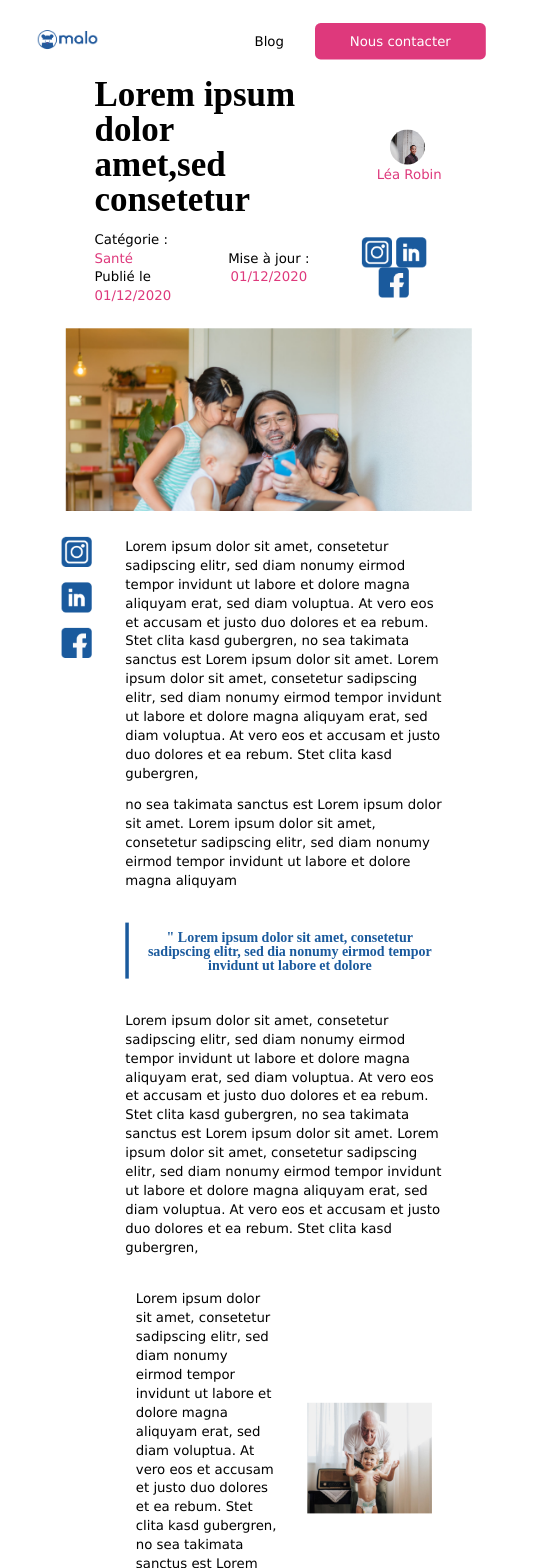
Repository: carbone-dev/keli-malo
Page: article.html
An editor plug-in stored every save of this project. The page is shown before and after the next save, followed by the edit.
The browser window is 768 px wide. The pictures show the part of the page from y = 0 to 2240 px (the page is 5194 px tall before and 5054 px after), at 70% of full size.

Above is the page before, as saved 2020-12-11 11:56:46.

### article.html
<!DOCTYPE html>
<html lang="en">

<head>
    <meta charset="UTF-8">
    <meta name="viewport" content="width=device-width, initial-scale=1.0">
    <title>Article</title>
    <link rel="stylesheet" type="text/css" href="css/style.css">
    <link rel="stylesheet" type="text/css" href="css/header.css">
    <link rel="stylesheet" type="text/css" href="css/grid.css">
    <link rel="stylesheet" type="text/css" href="css/article.css">
    <link rel="preconnect" href="https://fonts.gstatic.com">
    <link href="https://fonts.googleapis.com/css2?family=Poppins:wght@200;300;400;900&display=swap" rel="stylesheet">
</head>

<body>
    <div class="container">

        <div class="header row align-items-center">
            <div class="col-6 col-md-2 ">
                <img class='img-full-width ' src="img/logo.png">
            </div>
            <div class="menu col-6 col-md-10 right d-none d-md-block ">
                <a href="#">Blog</a>
                <a href="#" class="boutton-1">Nous contacter</a>
            </div>
            <div class="menu col-6 col-md-10 right d-md-none d-sm-block">
                <a href="#nav-mobile">
                    <img src="img/burger.png" alt="">
                </a>
            </div>

            <div id="nav-mobile" class="modaloverlay">
                <div class="modal">
                    <div class="row">
                        <div class="col-6">
                            <img class='img-full-width ' src="img/logo.png">
                        </div>
                        <div class="menu col-6 right">
                            <a href="#close" class="close">
                                <img src="img/close.png" alt="">
                            </a>
                        </div>
                    </div>
                    <div class="row align-items-center center modal-content">
                        <div class="col-12">
                            <a href="#">Blog</a>
                        </div>
                        <div class="col-12">
                            <a href="#" class="boutton-1">Nous contacter</a>
                        </div>
                        <div class="col-12">
                            <a href="#"><img src="img/instagram.png"></a>
                            <a href="#"><img src="img/linkedin.png"></a>
                            <a href="#"><img src="img/facebook.png"></a>
                        </div>
                    </div>
                </div>
            </div>
        </div>


        <div class="contenu-article">

            <div class="container center mt-5">

                <div class="header-article center mt-10 d-none d-md-inline">
                    <div class=" row titre-article left mr-10 ml-10">
                        <h2 class="left col-md-9">Lorem ipsum dolor <br>amet,sed consetetur</h2>
                        <div class="row col-md-3 left mt-5">
                            <div class="avatar">
                                <img src="img/avatar.jpg">
                            </div>
                            <p class="primary ml-5">Léa Robin</p>
                        </div>
                    </div>
                    <br>


                    <div class="row center mr-10 ml-10">
                        <div class="col-md-4 center">
                            <div class="row">
                                 <p class="">Catégorie :</p>  <p class="primary">Santé</p>
                             </div>
                            <div class="row ">
                                <p class="">Publié le</p>  <p class="primary">01/12/2020</p>
                            </div>
                        </div>

                        <div class="row col-md-4 center">
                            <p class="">Mise à jour :</p>  <p class="primary"> 01/12/2020</p>
                        </div>
                        <div class="row col-md-4 center">
                            <img src="img/instagram.png" class="ml-4">
                            <img src="img/linkedin.png" class="ml-4">
                            <img src="img/facebook.png" class="ml-4">
                        </div>
                    </div>
                </div>
                <h2 class="center d-inline d-md-none">Lorem ipsum dolor <br>amet,sed consetetur</h2>
                <div class="header-article-phone d-md-none mt-5">

                    <div class="left-header left col-7">
                            <p class="">Catégorie :<span class="primary">Santé</span></p>
                            <p class="">Publié le  <span class="primary">01/12/2020</span></p>
                            <p class="">Mise à jour :<span class="primary"> 01/12/2020</span></p>
                    </div>
                    <div class="col-5 pb-10">
                        <div class="avatar d-inline-block ">
                                <img src="img/avatar.jpg" alt="">
                        </div>
                        <div class="author d-inline-block">
                             <p class="primary">Léa Robin</p>
                         </div>
                    </div>
                </div>
                <div class="row center d-inline d-md-none mt-10">
                            <img src="img/instagram.png" class="ml-4">
                            <img src="img/linkedin.png" class="ml-4">
                            <img src="img/facebook.png" class="ml-4">
                </div>





                <div class="center mt-5">
                    <img src="img/image-article.png" class="shadow" width="88%">
                </div>
                <div class="mt-5 row">
                    <div class="left-icon col-md-2 center d-none d-md-inline">
                        <img src="img/instagram.png"><br><br>
                        <img src="img/linkedin.png"><br><br>
                        <img src="img/facebook.png">
                    </div>
                    <div class="text-article col-md-9 left">
                        <p>
                            Lorem ipsum dolor sit amet, consetetur sadipscing elitr, sed diam
                            nonumy eirmod tempor invidunt ut labore et dolore magna aliquyam
                            erat, sed diam voluptua. At vero eos et accusam et justo duo dolores et
                            ea rebum. Stet clita kasd gubergren, no sea takimata sanctus est Lorem
                            ipsum dolor sit amet. Lorem ipsum dolor sit amet, consetetur
                            sadipscing elitr, sed diam nonumy eirmod tempor invidunt ut labore et
                            dolore magna aliquyam erat, sed diam voluptua. At vero eos et
                            accusam et justo duo dolores et ea rebum. Stet clita kasd gubergren,
                        </p><br>
                        <p>
                            no sea takimata sanctus est Lorem ipsum dolor sit amet.
                            Lorem ipsum dolor sit amet, consetetur sadipscing elitr, sed diam
                            nonumy eirmod tempor invidunt ut labore et dolore magna aliquyam
                        </p>
                        <h5 class="center black mt-10">" Lorem ipsum dolor sit amet, consetetur sadipscing elitr, sed dia nonumy eirmod tempor invidunt ut labore et dolore </h5>
                        <p class="mt-10">
                            Lorem ipsum dolor sit amet, consetetur sadipscing elitr, sed diam
                            nonumy eirmod tempor invidunt ut labore et dolore magna aliquyam
                            erat, sed diam voluptua. At vero eos et accusam et justo duo dolores et
                            ea rebum. Stet clita kasd gubergren, no sea takimata sanctus est Lorem
                            ipsum dolor sit amet. Lorem ipsum dolor sit amet, consetetur
                            sadipscing elitr, sed diam nonumy eirmod tempor invidunt ut labore et
                            dolore magna aliquyam erat, sed diam voluptua. At vero eos et
                            accusam et justo duo dolores et ea rebum. Stet clita kasd gubergren,
                        </p>
                        <div class="row center mt-10">
                            <p class="col-md-6 left">
                                Lorem ipsum dolor sit amet, consetetur sadipscing elitr, sed diam
                            nonumy eirmod tempor invidunt ut labore et dolore magna aliquyam
                            erat, sed diam voluptua. At vero eos et accusam et justo duo dolores et
                            ea rebum. Stet clita kasd gubergren, no sea takimata sanctus est Lorem
                            ipsum dolor sit amet. Lorem ipsum dolor sit amet,
                            </p>
                            <div class="col-md-6">
                                <img src="img/article-2.png" class="shadow" width="88%">
                            </div>

                        </div>
                        <p class="mt-10">
                            Lorem ipsum dolor sit amet, consetetur sadipscing elitr, sed diam
                            nonumy eirmod tempor invidunt ut labore et dolore magna aliquyam
                            erat, sed diam voluptua. At vero eos et accusam et justo duo dolores et
                            ea rebum. Stet clita kasd gubergren, no sea takimata sanctus est Lorem
                            ipsum dolor sit amet. Lorem ipsum dolor sit amet, consetetur
                            sadipscing elitr, sed diam nonumy eirmod tempor invidunt ut labore et
                            dolore magna aliquyam erat, sed diam voluptua. At vero eos et
                            accusam et justo duo dolores et ea rebum. Stet clita kasd gubergren,
                        </p>
                    </div>
                </div>
                <div class="center mt-5">
                    <img src="img/image-article.png" class="shadow" width="88%">
                </div>
                <div class="mt-5 row">
                    <div class="col-md-2 center">
                    </div>
                    <div class="text-article col-md-9 left">
                        <p>
                            Lorem ipsum dolor sit amet, consetetur sadipscing elitr, sed diam
                            nonumy eirmod tempor invidunt ut labore et dolore magna aliquyam
                            erat, sed diam voluptua. At vero eos et accusam et justo duo dolores et
                            ea rebum. Stet clita kasd gubergren, no sea takimata sanctus est Lorem
                            ipsum dolor sit amet. Lorem ipsum dolor sit amet, consetetur
                            sadipscing elitr, sed diam nonumy eirmod tempor invidunt ut labore et
                            dolore magna aliquyam erat, sed diam voluptua. At vero eos et
                            accusam et justo duo dolores et ea rebum. Stet clita kasd gubergren,
                        </p><br>
                        <p>
                            no sea takimata sanctus est Lorem ipsum dolor sit amet.
                            Lorem ipsum dolor sit amet, consetetur sadipscing elitr, sed diam
                            nonumy eirmod tempor invidunt ut labore et dolore magna aliquyam
                        </p>
                    </div>
                </div>


            </div>


            <div class="article-similaire mt-10">
                <h2 class="left">Articles similaires</h2>
                <div class="mt-5">
                        <div class="blog row no-gutters">
                            <div class="col-3">
                                <div class="blog-img">
                                    <img src="img/blog-1.jpg" class="full-width" alt="">
                                    <span class="tag">Alimentation</span>
                                </div>
                            </div>
                            <div class="col-9">
                                <div class="blog-content">
                                    <a href="#">
                                        <h4 class="blog-title secondary">Suivi après le retour au domicile post-accouchement
                                        </h4>
                                    </a>
                                    <div class="row mt-5">
                                        <div class="col-3">
                                            <p>
                                                Publié le <span class="primary">01/12/2020 </span>
                                            </p>
                                            <p>
                                                Mise à jour : <span class="primary">01/12/2020 </span>
                                            </p>
                                        </div>
                                        <div class="col-9">
                                            <div class="avatar d-inline-block ">
                                                <img src="img/avatar.jpg" alt="">
                                            </div>
                                            <div class="author d-inline-block">
                                                <p class="primary">Léa Robin</p>
                                            </div>
                                        </div>
                                    </div>
                                </div>
                            </div>
                        </div>
                        <div class="blog row no-gutters">
                            <div class="col-3">
                                <div class="blog-img">
                                    <img src="img/blog-1.jpg" class="full-width" alt="">
                                    <span class="tag">Alimentation</span>
                                </div>
                            </div>
                            <div class="col-9">
                                <div class="blog-content">
                                    <a href="#">
                                        <h3 class="blog-title secondary">Suivi après le retour au domicile post-accouchement
                                        </h3>
                                    </a>
                                    <div class="row mt-5">
                                        <div class="col-3">
                                            <p>
                                                Publié le <span class="primary">01/12/2020 </span>
                                            </p>
                                            <p>
                                                Mise à jour : <span class="primary">01/12/2020 </span>
                                            </p>
                                        </div>
                                        <div class="col-9">
                                            <div class="avatar d-inline-block ">
                                                <img src="img/avatar.jpg" alt="">
                                            </div>
                                            <div class="author d-inline-block">
                                                <p class="primary">Léa Robin</p>
                                            </div>
                                        </div>
                                    </div>
                                </div>
                            </div>
                        </div>
                        <div class="blog row no-gutters">
                            <div class="col-3">
                                <div class="blog-img">
                                    <img src="img/blog-1.jpg" class="full-width" alt="">
                                    <span class="tag">Alimentation</span>
                                </div>
                            </div>
                            <div class="col-9">
                                <div class="blog-content">
                                    <a href="#">
                                        <h3 class="blog-title secondary">Suivi après le retour au domicile post-accouchement
                                        </h3>
                                    </a>
                                    <div class="row mt-5">
                                        <div class="col-3">
                                            <p>
                                                Publié le <span class="primary">01/12/2020 </span>
                                            </p>
                                            <p>
                                                Mise à jour : <span class="primary">01/12/2020 </span>
                                            </p>
                                        </div>
                                        <div class="col-9">
                                            <div class="avatar d-inline-block ">
                                                <img src="img/avatar.jpg" alt="">
                                            </div>
                                            <div class="author d-inline-block">
                                                <p class="primary">Léa Robin</p>
                                            </div>
                                        </div>
                                    </div>
                                </div>
                            </div>
                        </div>
                        <div class="blog row no-gutters ">
                            <div class="col-3">
                                <div class="blog-img">
                                    <img src="img/blog-1.jpg" class="full-width" alt="">
                                    <span class="tag">Alimentation</span>
                                </div>
                            </div>
                            <div class="col-9">
                                <div class="blog-content">
                                    <a href="#">
                                        <h3 class="blog-title secondary">Suivi après le retour au domicile post-accouchement
                                        </h3>
                                    </a>
                                    <div class="row mt-5">
                                        <div class="col-3">
                                            <p>
                                                Publié le <span class="primary">01/12/2020 </span>
                                            </p>
                                            <p>
                                                Mise à jour : <span class="primary">01/12/2020 </span>
                                            </p>
                                        </div>
                                        <div class="col-9">
                                            <div class="avatar d-inline-block ">
                                                <img src="img/avatar.jpg" alt="">
                                            </div>
                                            <div class="author d-inline-block">
                                                <p class="primary">Léa Robin</p>
                                            </div>
                                        </div>
                                    </div>
                                </div>
                            </div>
                        </div>
                    <div class="right mt-5">
                        <a href="#" class="boutton-1">Voir plus d'articles</a>
                    </div>
                </div>
            </div>

        </div>


    </div>


    <div class="footer mt-10">
		<div class="logo-popup row center-p">
			<div class="logo-boutton center col-md-6">
				<img src="img/logo-footer.png" width="50%"><br>
				<div class="img-boutton">
					<a href="#"><img src="img/app-store.png"></a>
					<a href="#"><img src="img/google-play.png"></a>
				</div>
			</div>
			<div class="popup-icon col-md-5 left center-p">
				<div class="box-shadow news-letter">
					<h4>Newsletter</h4>
					<p>Inscrivez-vous à notre newsletter pour recevoir <br>les derniers articles du blog !</p>
					<div class="row center-p">
						<input type="email" name="mail" placeholder="Entrez votre Email"
							class="formulaire mail-footer col-md-6 col-6">
						<input type="submit" value="S'inscrire" class="formulaire boutton-footer col-md-4 col-4">
					</div>
				</div>
				<div class="suivez-footer">
					<h4>Suivez-nous</h4>
					<a href="#"><img src="img/instagram-footer.png"></a>
					<a href="#"><img src="img/linkedin-footer.png"></a>
					<a href="#"><img src="img/facebook-footer.png"></a>
				</div>


			</div>
		</div>
		<div class="menu-footer center">
			<ul class="row center ">
				<li><a href="#">kelindi </a></li>
				<li><a href="#">Board médical malo </a></li>
				<li><a href="#">Blog </a></li>
				<li><a href="#">Presse </a></li>
				<li><a href="#">Contact </a></li>
				<li><a href="#">Signaler un problème </a></li>
				<li><a href="#">FAQ </a></li>
			</ul>
			<p><span>Mentions légales CGU Politique de confidentialité</span></p>
		</div>
	</div>
</body>

</html>

### css/header.css
.header{
    margin-top: 43px;
}

/* MODAL MOBILE */

.modaloverlay {
    background: rgba(0, 0, 0, 0.8);
    bottom: 0;
    left: 0;
    opacity: 0;
    pointer-events: none;
    position: fixed;
    right: 0;
    top: 0;
    -webkit-transition: opacity 400ms ease-in;
    -moz-transition: opacity 400ms ease-in;
    transition: opacity 400ms ease-in;
    z-index: -1;
    display: none;
  }
  .modaloverlay:target {
    display: block;
    opacity: 1;
    pointer-events: auto;
    z-index: 99999;
  }
  .modaloverlay .modal {
    background-color: white;
    height: 100%;
    position: relative;
    margin: 0 auto;
    padding-top: 43px;
    padding-left: 15px;
    overflow-y: scroll;
    -webkit-overflow-scrolling: touch;
  }
  @media (min-width: 60em) {
    .modaloverlay .modal {
      height: 75%;
      margin: 5% auto;
      max-height: 57em;
      max-width: 66em;
      width: 85%;
    }
  }
  .modaloverlay .modal > iframe,
  .modaloverlay .modal > div {
    border: none;
    width: 100%;
    /* height: 100%; */
  }
  .modaloverlay .close {
    position: relative;
    top: 10px;
  }

  .modal-content{
    height: 60%;
    padding-top: 160px;
  }

### css/article.css


.blog {
  margin-bottom: 14px;
}

.blog-img {
  border-radius: 15px;
  box-shadow: 0 0 25px 0 rgba(34, 90, 157, 0.1);
  overflow: hidden;
  position: relative;
  margin-right: 10px;
}

.blog-img img {
  width: 100%;
  height: 156px;
  object-fit: cover;
}

.blog-content {
  height: 156px;
  padding: 16px;
  border-radius: 15px;
  box-shadow: 0 0 25px 0 rgba(34, 90, 157, 0.1);
  background-color: #ffffff;
}

.blog-content p {
  font-size: 14px !important;
}

.blog-title {
  margin-bottom: 0 !important;
  font-size: 20px;
  line-height: 1;
}

.blog-list-bg{
    padding: 7% 0 7% 0;
}

.avatar {
  height: 50px;
  width: 50px;
  border-radius: 50px;
  overflow: hidden;
}

.avatar img {
  width: 100%;
  object-fit: cover;
}

.author {
  position: relative;
  top: -20px;
  left: 10px;
}

.tag {
  height: 35px;
  background-color: #ffffff;
  padding: 10px;
  position: absolute;
  bottom: 10px;
  display: block;
  border-radius: 8px;
  font-family:'Poppins', sans-serif;
  font-weight: 900;
  right: 10px;
}
.text-article h5
{
  padding: 10px;
  border-left: 5px solid #1a5a9d;
}

@media only screen and (min-width: 107px) and (max-width: 768px) {
  .blog-title {
    font-size: 12px !important;
    line-height: 1 !important;
  }
  .blog-content p {
    font-size: 8px !important;
  }

  .blog-content span {
    font-size: 8px !important;
  }

  .tag{
      font-size: 10px !important;
      padding: 6px !important;
  }
  .header-article-phone
  {
    display: flex;
  }
}

Loaded but not shown: css/grid.css (1496 lines, source omitted); css/style.css (873 lines, source omitted)

After the next save:
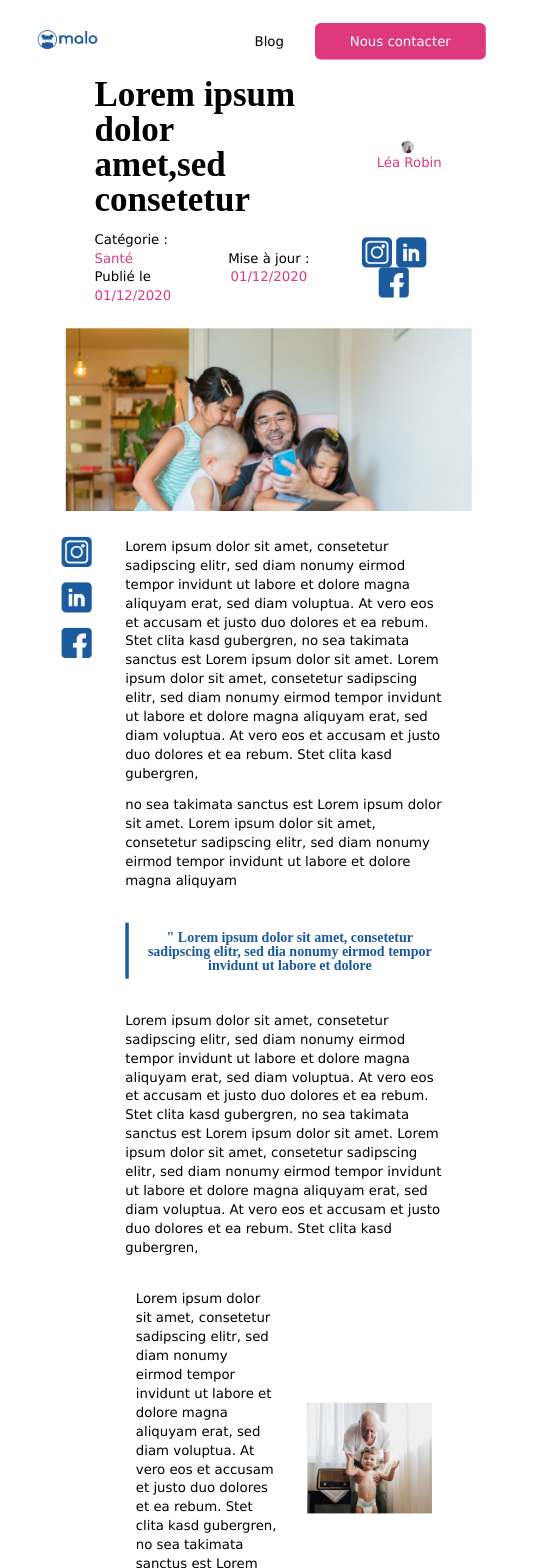
Saved 2 min 16 s later.
--- a/css/article.css
+++ b/css/article.css
@@ -1,4 +1,33 @@
+.card {
+  transition: 0.3s;
+  width: 100%;
+  border-radius: 15px;
+  box-shadow: 0 0 25px 0 rgba(34, 90, 157, 0.1);
+  overflow: hidden;
+  cursor: pointer;
+}
 
+.card img {
+  width: 100%;
+  height: 199px;
+  object-fit: cover;
+}
+
+.card:hover {
+  box-shadow: 0 8px 16px 0 rgba(0, 0, 0, 0.2);
+}
+
+.card-content {
+  padding: 2px 16px;
+  height: 79px;
+}
+
+.card-title {
+  font-family: verdana;
+  font-size: 18px;
+  font-weight: 900;
+  text-align: center;
+}
 
 .blog {
   margin-bottom: 14px;
@@ -66,33 +95,55 @@
   bottom: 10px;
   display: block;
   border-radius: 8px;
-  font-family:'Poppins', sans-serif;
-  font-weight: 900;
+  font-family: montserrat;
   right: 10px;
 }
+
 .text-article h5
 {
   padding: 10px;
   border-left: 5px solid #1a5a9d;
 }
-
 @media only screen and (min-width: 107px) and (max-width: 768px) {
   .blog-title {
     font-size: 12px !important;
     line-height: 1 !important;
   }
   .blog-content p {
-    font-size: 8px !important;
+    font-size: 12px !important;
+    height: 15px;
   }
 
   .blog-content span {
     font-size: 8px !important;
   }
 
+  .blog-img img {
+    height: 121px;
+  }
+
+  .blog-content {
+    height: 121px;
+  }
+
   .tag{
-      font-size: 10px !important;
-      padding: 6px !important;
+    font-size: 10px !important;
+    padding: 0px 5px 0 5px !important;
+    height: 20px;
+    border-radius: 6px;
   }
+
+  .avatar {
+    height: 18px;
+    width: 18px;
+  }
+
+  .author {
+    position: relative;
+    top: -5px;
+    left: 5px;
+  }
+
   .header-article-phone
   {
     display: flex;
